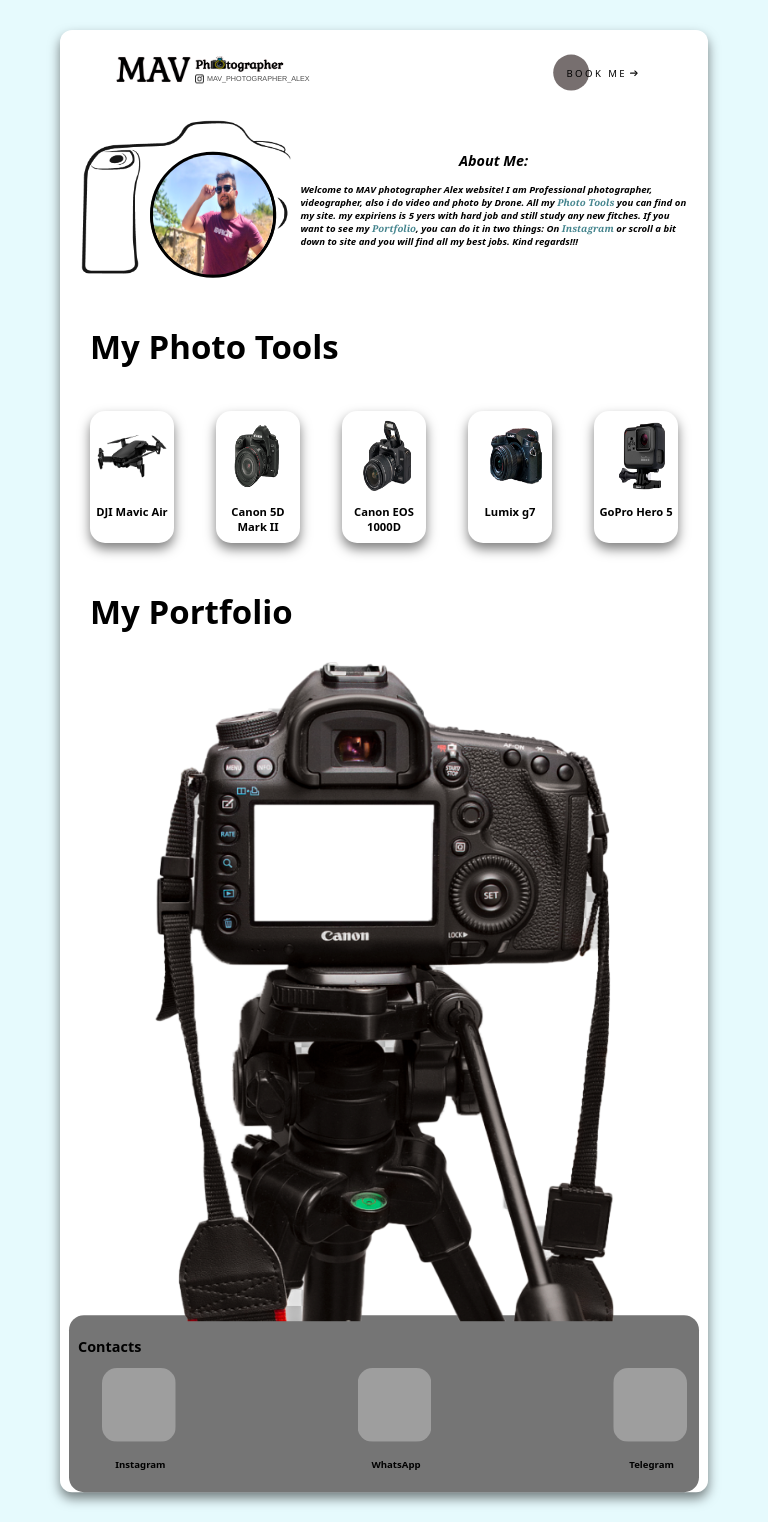
Repository: Dekabrist94/MAV
Page: /
These files come from the project's save history. The page is drawn as it stood at one moment and after the next save; the edit follows.
The browser window is 1280 px wide. The pictures show the whole page, at 60% of full size.
Pictures or frames that could not be fetched are drawn as grey boxes. The project was rebuilt for these pictures with package versions that can differ from the ones it lists, and the page was loaded fresh each time.

Above is the page before, as saved 2023-03-11 17:14:02.

### src/index.js
import React from 'react';
import ReactDOM from 'react-dom/client';
import './index.scss';
import App from './App';
import reportWebVitals from './reportWebVitals';

const root = ReactDOM.createRoot(document.getElementById('root'));
root.render(
  <React.StrictMode>
    <App />
  </React.StrictMode>,
);

// If you want to start measuring performance in your app, pass a function
// to log results (for example: reportWebVitals(console.log))
// or send to an analytics endpoint. Learn more: https://bit.ly/CRA-vitals
reportWebVitals();

### src/index.scss
.aboutLinks {
  color: rgb(68, 132, 141);
  text-decoration: none;
  font-family: Georgia, 'Times New Roman', Times, serif;
  transition: all 0.3s ease;
}

.aboutLinks:hover {
  color: rgb(235, 17, 82);
  text-decoration: none;
  font-family: Georgia, 'Times New Roman', Times, serif;
}

body {
  margin: 0;
  font-family: system-ui;
  -webkit-font-smoothing: antialiased;
  -moz-osx-font-smoothing: grayscale;
  background-color: rgb(12, 213, 240, 0.1);
}

.wrapper {
  background: #ffffff;
  box-shadow: 0px 10px 20px rgba(0, 0, 0, 0.5);
  border-radius: 20px;
  max-width: 1080px;
  margin: 50px auto;
}

header {
  padding: 40px;
  margin: 50px;
  display: flex;
  justify-content: space-between;
}

img {
  margin-right: 5px;
}

.headerLeft {
  display: flex;
  align-items: center;
}

.underLogoLink {
  color: black;
  opacity: 70%;
  font-family: 'Franklin Gothic Medium', 'Arial Narrow', Arial, sans-serif;
  text-decoration: none;
  transition: all 0.2s ease;
  text-transform: uppercase;
  font-size: 12px;
}
.underLogoLink:hover {
  opacity: 100%;
  transition: all 0.2s ease;
}
.instaLink {
  display: flex;
  margin-top: -3px;
  align-items: center;
}

.bookMe {
  margin-top: 20px;
}

h3,
p {
  margin: 0;
}

.aboutMe {
  margin-left: 150px;
  position: relative;
  display: flex;

  align-items: center;
  justify-content: space-between;
}

.camera {
  top: -50px;
  left: -190px;
  position: absolute;
}
.avatar {
  border-radius: 50%;
  border: 5px black solid;
  z-index: 1;
  transition: all 0.4s ease;

  cursor: pointer;
}
.avatar:hover {
  transition: all 0.4s ease;
  transform: scale(1.05);
  cursor: pointer;
}

.textAboutCenter {
  text-align: center;
  font-style: italic;
}
.textAbout {
  padding-bottom: 50px;
  padding-left: 5%;
  padding-right: 5%;
  text-align: left;
  font-style: italic;
}
.cardContainer {
  display: flex;
  padding: 15px;
}
.card {
  height: 220px;
  width: 140px;
  margin: 0 auto;
}

.cardBorder {
  border-radius: 25px;
  box-shadow: 0px 10px 20px rgba(0, 0, 0, 0.5);
}

.cardStyle {
  padding-top: 15px;
  text-align: center;
}

.CaptionTools {
  padding-left: 50px;
  font-size: 55px;
}

.captionPortfolio {
  padding-top: 15px;
  padding-left: 50px;
  font-size: 55px;
}

.mainCamera {
  margin: 0 auto;
  align-items: center;
  display: flex;
}

.cameraSlider {
  margin: 0 auto;
}

.contContainer {
  background: rgba(26, 25, 25, 0.6);
  border-radius: 25px;
  padding: 15px;
  margin: -10px 15px auto;
}
.contacts {
  display: flex;
  margin: 0 auto;
  justify-content: space-between;
}

li {
  list-style-type: none;
}

.qrcode {
  border-radius: 25px;
}

### src/App.js
import { Header } from './pages/Header';
import { PhotoTools } from './pages/PhotoTools';
import { AboutMe } from './pages/AboutMe';
import mainCamera from './assets/img/mainCamera.png';
function App() {
  return (
    <div className="wrapper">
      <Header />
      <AboutMe />
      <PhotoTools />

      <section className="Portfolio">
        <h1 className="captionPortfolio">My Portfolio</h1>
        <div className="slider">
          <div className="mainCamera">
            <img className="cameraSlider" width={800} height={1100} src={mainCamera} />
          </div>
        </div>
      </section>

      <section className="contContainer">
        <div>
          <h1 className="contCaption">Contacts</h1>
          <ul className="contacts">
            <li>
              <a href="https://www.instagram.com/palazzagofotografo/" target="_blank">
                <img
                  className="qrcode"
                  src="http://qrcoder.ru/code/?https%3A%2F%2Fwww.instagram.com%2Fpalazzagofotografo%2F&3&0"
                  width="123"
                  height="123"
                  title="Instagram QR Code"
                />
              </a>
              <h4 align="center">Instagram</h4>
            </li>
            <li>
              <a href="https://wa.me/+393519741841" target="_blank">
                <img
                  className="qrcode"
                  src="http://qrcoder.ru/code/?https%3A%2F%2Fwa.me%2F%2B393519741841&3&0"
                  width="123"
                  height="123"
                  title="WhatsApp QR Code"
                />
              </a>
              <h4 align="center">WhatsApp</h4>
            </li>
            <li>
              <a href="https://t.me/mavphotographeralex" target="_blank">
                <img
                  className="qrcode"
                  src="http://qrcoder.ru/code/?https%3A%2F%2Ftelegram.me%2F%40mavphotographer&4&0"
                  width="123"
                  height="123"
                  title="Telegram QR Code"
                />
              </a>
              <h4 align="center">Telegram</h4>
            </li>
          </ul>
        </div>
      </section>
    </div>
  );
}

export default App;

### src/pages/Header.jsx
import PHOTOGRAPHER from '../assets/img/photographer.png';
import InstaLogo from '../assets/img/instagram.png';
import MAV from '../assets/img/MAV.png';
import '../index.scss';
import { CustomButton } from '../components/button UI';
export const Header = () => {
  return (
    <header>
      <div className="headerLeft">
        <img width={130} height={50} src={MAV} alt="logo" />
        <div className="headerInfo">
          <img width={150} height={30} src={PHOTOGRAPHER} alt="logo" />
          <div className="instaLink">
            <img width={15} height={15} src={InstaLogo} alt="Instagram" />
            <a href="#" className="underLogoLink">
              mav_photographer_alex
            </a>
          </div>
        </div>
      </div>
      <div className="bookMe">
        <CustomButton text="BOOK ME" style="link" />
      </div>
    </header>
  );
};

### src/pages/PhotoTools.jsx
import Drone from '../assets/img/mavicAir.png';
import Mark from '../assets/img/5dmark.png';
import CanonD from '../assets/img/1000d.png';
import Lumix from '../assets/img/lumix.png';
import Hero5 from '../assets/img/hero5.png';

import '../index.scss';

export const PhotoTools = () => {
  return (
    <section className="PhotoTools">
      <aside>
        <h1 className="CaptionTools">My Photo Tools</h1>
      </aside>
      <div className="cardContainer">
        <div className="card cardBorder">
          <img className="cardStyle" width={140} height={120} src={Drone} alt="card" />
          <p className="cardStyle">
            <h3>DJI Mavic Air</h3>
          </p>
        </div>
        <div className="card cardBorder">
          <img className="cardStyle" width={140} height={120} src={Mark} alt="card" />
          <p className="cardStyle">
            <h3>Canon 5D Mark II</h3>
          </p>
        </div>
        <div className="card cardBorder">
          <img className="cardStyle" width={160} height={120} src={CanonD} alt="card" />
          <p className="cardStyle">
            <h3>Canon EOS 1000D</h3>
          </p>
        </div>
        <div className="card cardBorder">
          <img className="cardStyle" width={160} height={120} src={Lumix} alt="card" />
          <p className="cardStyle">
            <h3>Lumix g7</h3>
          </p>
        </div>
        <div className="card cardBorder">
          <img className="cardStyle" width={160} height={120} src={Hero5} alt="card" />
          <p className="cardStyle">
            <h3>GoPro Hero 5</h3>
          </p>
        </div>
      </div>
    </section>
  );
};

### src/pages/AboutMe.jsx
import '../index.scss';
import Camera from '../assets/img/camera.png';
import AVATAR from '../assets/img/AVATAR.jpg';
export const AboutMe = () => {
  return (
    <section className="aboutMe">
      <img className="avatar" width={200} height={200} src={AVATAR} alt="AVATAR" />
      <img className="camera" width={500} height={302} src={Camera} alt="Camera" />

      <div>
        <h1 className="textAboutCenter">About Me:</h1>
        <h4 className="textAbout">
          Welcome to MAV photographer Alex website! I am Professional photographer, videographer,
          also i do video and photo by Drone. All my{' '}
          <a className="aboutLinks" href="#">
            Photo Tools
          </a>{' '}
          you can find on my site. my expiriens is 5 yers with hard job and still study any new
          fitches. If you want to see my{' '}
          <a className="aboutLinks" href="#">
            Portfolio
          </a>
          , you can do it in two things: On{' '}
          <a className="aboutLinks" href="#">
            Instagram
          </a>{' '}
          or scroll a bit down to site and you will find all my best jobs. Kind regards!!!
        </h4>
      </div>
    </section>
  );
};

### src/components/button UI/index.jsx
import styles from './Button.module.css';
import React from 'react';

export const CustomButton = ({ type, text, link, style }) => {
  if (style === 'btn') {
    return (
      <button className={`${styles.button} ${styles.buttonBtn}`} type={type}>
        <span>{text}</span>
        <svg width="13px" height="10px" viewBox="0 0 13 10">
          <path d="M1,5 L11,5"></path>
          <polyline points="8 1 12 5 8 9"></polyline>
        </svg>
      </button>
    );
  } else if (style === 'link') {
    return (
      <a
        href={link}
        className={`${styles.button} ${styles.buttonLink}`}
        target="_blank"
        rel="noreferrer">
        <span>{text}</span>
        <svg width="13px" height="10px" viewBox="0 0 13 10">
          <path d="M1,5 L11,5"></path>
          <polyline points="8 1 12 5 8 9"></polyline>
        </svg>
      </a>
    );
  }
  return <button>{text}</button>;
};

### src/components/button UI/Button.module.css
.button {
  position: relative;
  margin: auto;
  padding: 19px 22px;
  transition: all 0.2s ease;
  cursor: pointer;
}
.button:before {
  content: '';
  position: absolute;
  top: 0;
  left: 0;
  display: block;
  border-radius: 50%;

  width: 60px;
  height: 60px;
  transition: all 0.5s ease;
}
.buttonLink:before {
  background: rgb(119, 111, 111);
}
.buttonBtn:before {
  background: rgba(255, 165, 45, 0.5);
}
.button span {
  position: relative;
  font-size: 16px;
  line-height: 18px;
  font-weight: 400;
  letter-spacing: 4px;
  text-transform: uppercase;
  vertical-align: middle;
  transition: color 0.5s ease;
}
.button:hover span {
  color: #fff;
}
.button svg {
  position: relative;
  top: 0;
  margin-left: 10px;
  fill: none;
  stroke-linecap: round;
  stroke-linejoin: round;
  stroke: #111;
  stroke-width: 2;
  transform: translateX(-5px);
  transition: all 0.5s ease;
}
.button:hover:before {
  width: 100%;
  border-radius: 50px;
}
.buttonLink:hover:before {
  background: black;
}
.buttonBtn:hover:before {
  background: rgb(255, 165, 45);
}
.button:hover svg {
  transform: translateX(0);
  stroke: #fff;
}
.button:active {
  transform: scale(0.96);
}

Loaded but not shown: public/index.html (common file); src/reportWebVitals.js (common file)

After the next save:
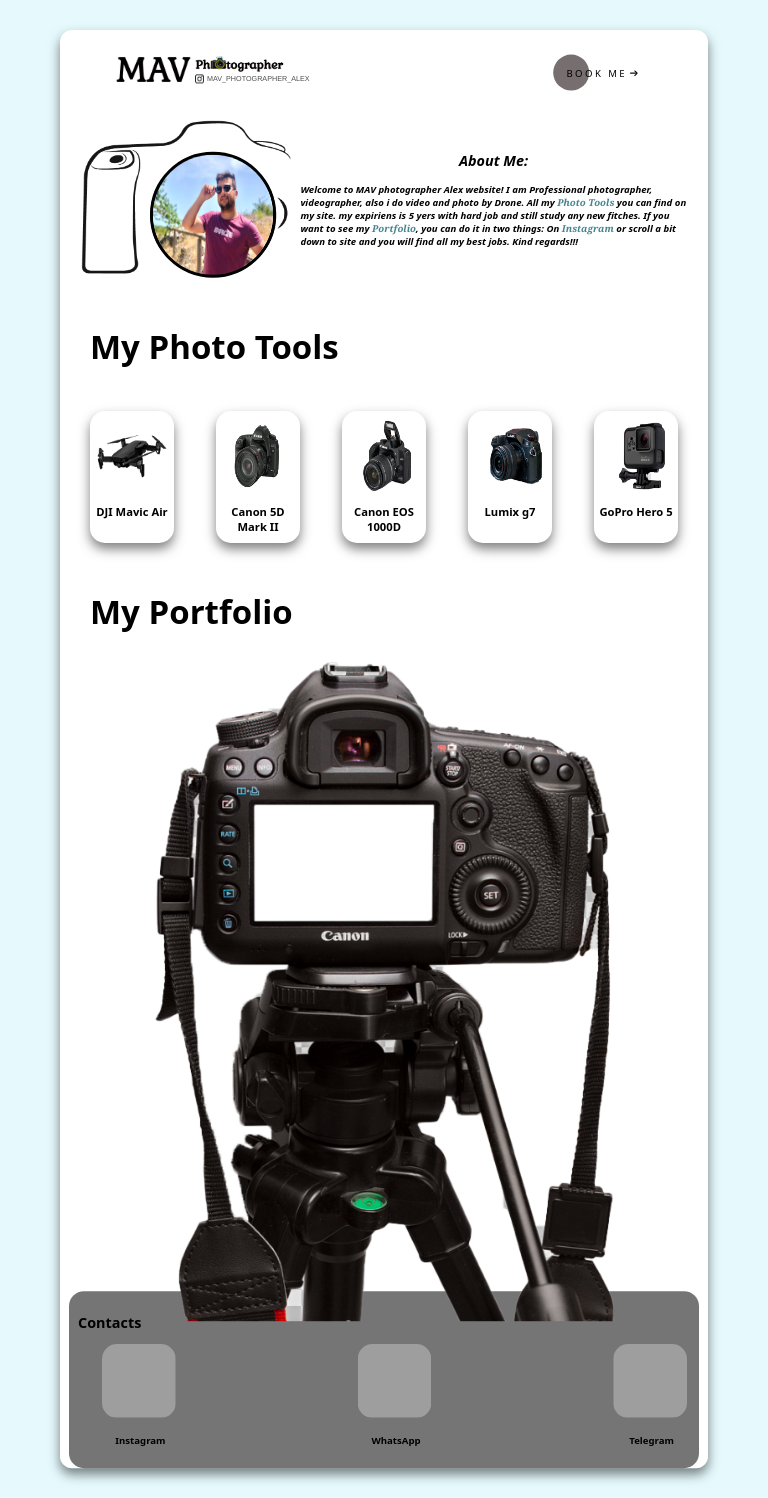
Saved 10 s later.
--- a/src/index.scss
+++ b/src/index.scss
@@ -155,7 +155,7 @@
   background: rgba(26, 25, 25, 0.6);
   border-radius: 25px;
   padding: 15px;
-  margin: -10px 15px auto;
+  margin: -50px 15px auto;
 }
 .contacts {
   display: flex;
